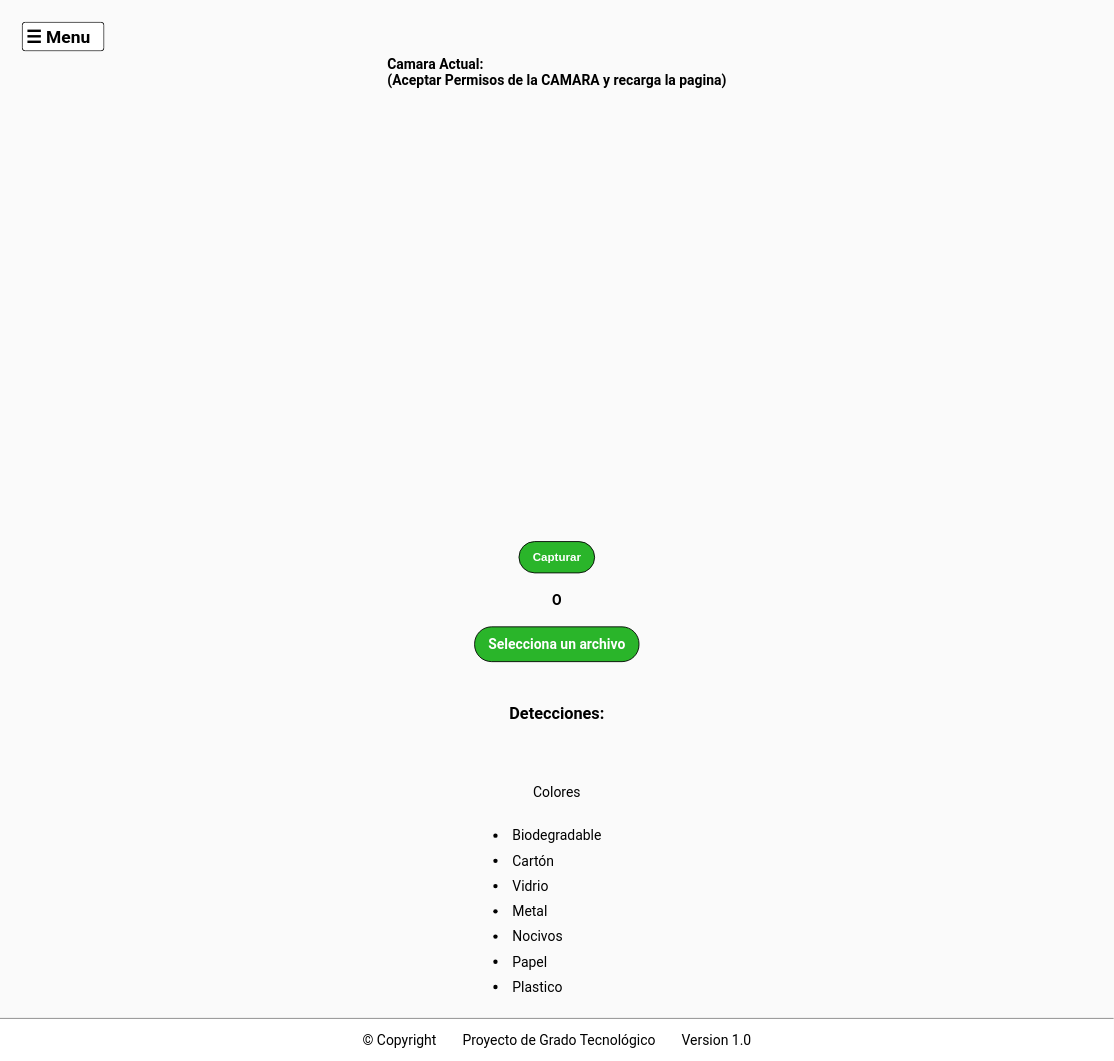
Repository: castecabas/Recicladora
Page: http://localhost/model
An editor plug-in stored every save of this project. The page is shown before and after the next save, followed by the edit.
The browser window is 1280 px wide. The pictures show the whole page, at 87% of full size.
Pictures or frames that could not be fetched are drawn as grey boxes. The page is served by the project's application, run on Flask 3 (src/index.py).

Above is the page before, as saved 2024-12-22 20:25:58.

After the next save:
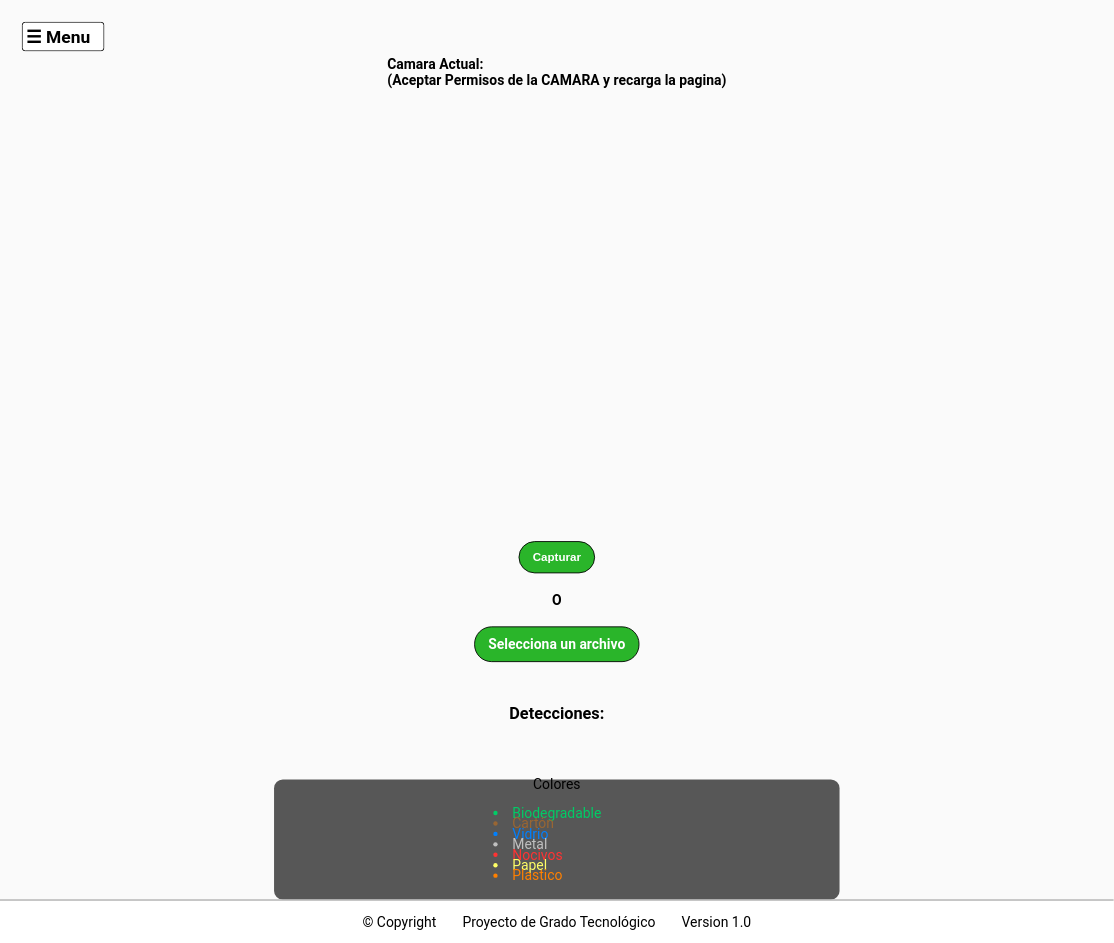
Saved 22 s later.
--- a/src/static/css/model.css
+++ b/src/static/css/model.css
@@ -269,7 +269,7 @@ main div ul#detectionsList li{
     background-color: white;
 }
 
-.aside .colors{
+.colors{
     line-height: 2px;
     background: rgba(0, 0, 0, 0.65);
     border-radius: 10px;
